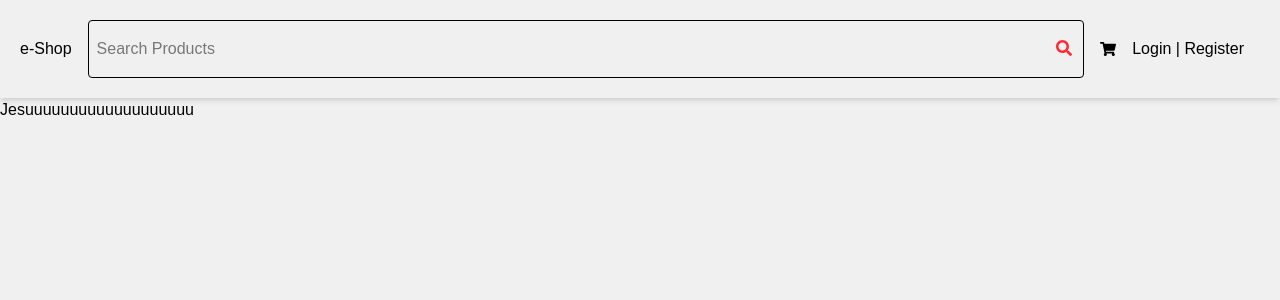
Repository: EmmyDunny1/frontend-ecommerce
Page: /
These files come from the project's save history. The page is drawn as it stood at one moment and after the next save; the edit follows.
The browser window is 1280 px wide. The pictures show the whole page.
The project was rebuilt for these pictures with package versions that can differ from the ones it lists, and the page was loaded fresh each time. Also part of the build but not shown: vite.config.js.

Above is the page before, as saved 2025-05-09 11:45:09.

### src/App.jsx


import React from 'react';
import { BrowserRouter, Routes, Route} from 'react-router-dom'
import Navbar from './components/Navbar'
import Footer from './components/Footer'
import Home from './pages/Home'
import './App.css';

function App() {

  return (
   <BrowserRouter>
   <Navbar/>
   <Routes>
    <Route path='/' element={<Home/>}>

    </Route>
   </Routes>
   <Footer/>
   </BrowserRouter>

  )
}

export default App

### src/components/Navbar.jsx
import React from 'react'
import { Link } from 'react-router-dom'
import { FaSearch, FaShoppingCart, FaUser } from 'react-icons/fa'

const Navbar = () => {
  return (
    <nav className='shadow-md bg-'>
      <div className='container flex mx-auto px-4 md:px-16px lg:px-24px justify-between items-center'>
        <div>
          <Link to='/'>e-Shop</Link>
        </div>
        <div className='relative flex-1 mx-4'>
          <form>
            <input type="text" placeholder='Search Products' className='w-full  border rounded px-2 py-4' />
            <FaSearch className='absolute top-5 right-3 text-red-500'/>
          </form>
        </div>
        <div className='flex items-center space-x-4'>
          <Link to='/Cart'><FaShoppingCart/></Link>
          <button className='hidden md:block'>Login | Register</button>
          <button className='block md:hidden'><FaUser/> </button>
        </div>
      </div>
    </nav>

  )
}

export default Navbar

### src/pages/Home.jsx
import React from 'react'

const Home = () => {
  return (
    <div>
      Jesuuuuuuuuuuuuuuuuuuu
    </div>
  )
}

export default Home

### src/App.css
/* filepath: c:\Users\USER\Desktop\My Deelopment Projects\E-COMMERCE\e-commerce-website\src\App.css */
body {
    margin: 0;
    font-family: Arial, sans-serif;
    background-color: #f0f0f0;
  }

  .container {
    padding: 20px;
  }

Loaded but not shown: index.html (common file); src/main.jsx (common file); src/index.css (common file); src/components/Footer.jsx (common file)

After the next save:
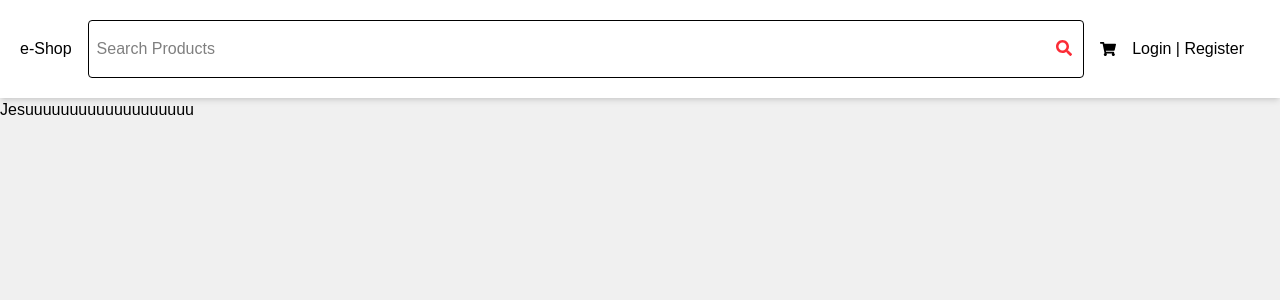
Saved 4 s later.
--- a/src/components/Navbar.jsx
+++ b/src/components/Navbar.jsx
@@ -4,7 +4,7 @@ import { FaSearch, FaShoppingCart, FaUser } from 'react-icons/fa'
 
 const Navbar = () => {
   return (
-    <nav className='shadow-md bg-'>
+    <nav className='shadow-md bg-white'>
       <div className='container flex mx-auto px-4 md:px-16px lg:px-24px justify-between items-center'>
         <div>
           <Link to='/'>e-Shop</Link>
